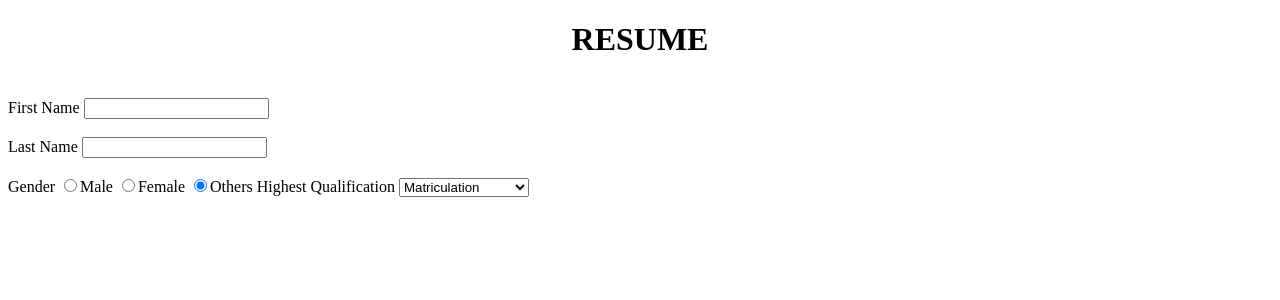
Repository: Rccalfa123/JEE
Page: MyFirstServlet/WebContent/Resume.html
The author's editor kept a copy of each file at every save. The page is drawn from the files as they stood at one save, then again after the next save.
The browser window is 1280 px wide. The pictures show the whole page.

Above is the page before, as saved 2018-08-07 08:12:05.

### MyFirstServlet/WebContent/Resume.html
<!DOCTYPE html>
<html>
<head>
<meta charset="ISO-8859-1">
<title>Resume</title>
</head>
<body>
   <form action="ms1.java" method="get">
   <h1 align="center"> RESUME </h1><br>

   First Name <input type="text" name="fname"><br><br>

   Last Name  <input type="text" name="lname"><br><br>

   Gender <input type="radio" name = "gender" value="male" checked="checked">Male
   		  <input type="radio" name = "gender" value="female" checked="checked">Female
   		  <input type="radio" name = "gender" value="others" checked="checked">Others

   Highest Qualification <select name = "Qualification">
            <option value="matriculation">Matriculation</option>
            <option value="intermediate">Intermediate</option>
            <option value="bachaolor_degree">Bachaelor Degree</option>
            <option value="masters">Masters</option>

   </select>






   </form>


</body>
</html>

After the next save:
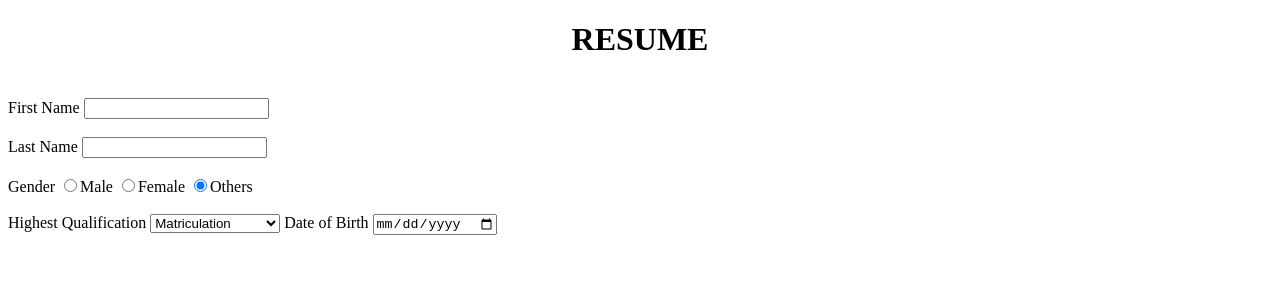
Saved 95 s later.
--- a/MyFirstServlet/WebContent/Resume.html
+++ b/MyFirstServlet/WebContent/Resume.html
@@ -14,17 +14,17 @@
 
    Gender <input type="radio" name = "gender" value="male" checked="checked">Male
    		  <input type="radio" name = "gender" value="female" checked="checked">Female
-   		  <input type="radio" name = "gender" value="others" checked="checked">Others
+   		  <input type="radio" name = "gender" value="others" checked="checked">Others<br><br>
 
    Highest Qualification <select name = "Qualification">
             <option value="matriculation">Matriculation</option>
             <option value="intermediate">Intermediate</option>
             <option value="bachaolor_degree">Bachaelor Degree</option>
-            <option value="masters">Masters</option>
+            <option value="masters">Masters</option> <br><br>
 
    </select>
 
-
+   Date of Birth <input type="date" name="dob">
 
 
 
